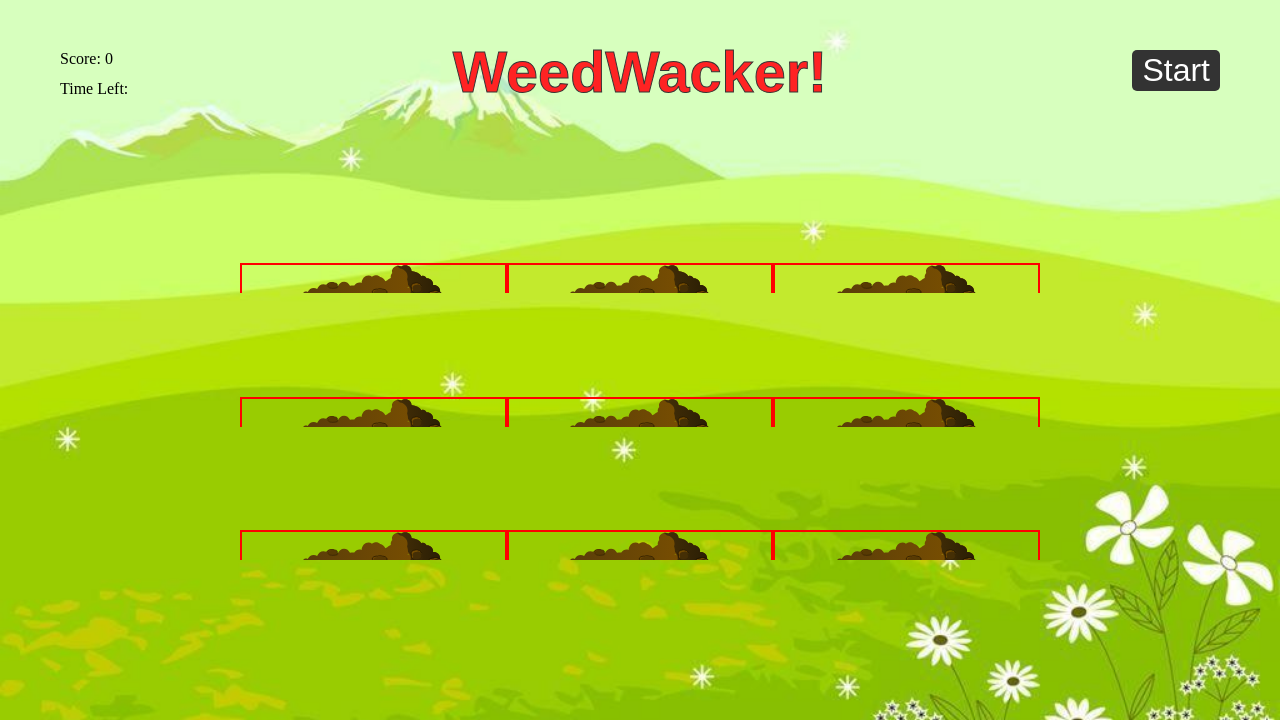
Repository: AustinW24/weedwacker
Page: index.html
These files come from the project's save history. The page is drawn as it stood at one moment and after the next save; the edit follows.
The browser window is 1280 px wide. The pictures show the whole page.
Some web fonts or font styles are not loaded; a fallback is used.

Above is the page before, as saved 2022-02-11 09:53:51.

### index.html
<!DOCTYPE html>
<html lang="en">
<head>
    <meta charset="UTF-8">
    <meta name="viewport" content="width=device-width, initial-scale=1.0">
    <meta http-equiv="X-UA-Compatible" content="ie=edge">
    <title>WeedWacker</title>
    <link href="http://fonts.cdnfonts.com/css/common-pixel" rel="stylesheet">
    <link rel="stylesheet" href="style.css">
</head>

<body>
    <div class="container">
        <div class="score">Score: 0</div>
        <div class="timer">Time Left: </div>
        <div class="heading">
            <h1 class="title">WeedWacker!</h1>
        </div>
        <div class="start">
            <button onClick="startGame()">Start</button>
        </div>
        <div class="game">
            <div class="hole hole1">
                <div class="plant"></div>
            </div>
            <div class="hole hole2">
                <div class="plant"></div>
            </div>
            <div class="hole hole3">
                <div class="plant"></div>
            </div>
            <div class="hole hole4">
                <div class="plant"></div>
            </div>
            <div class="hole hole5">
                <div class="plant"></div>
            </div>
            <div class="hole hole6">
                <div class="plant"></div>
            </div>
            <div class="hole hole7">
                <div class="plant"></div>
            </div>
            <div class="hole hole8">
                <div class="plant"></div>
            </div>
            <div class="hole hole9">
                <div class="plant"></div>
            </div>
        </div>
    </div>
            <script src="main.js"></script>
</body>
</html>

### style.css
html{
    box-sizing: border-box;
    margin: 0 auto;
}

*, *:before, *:after {
    box-sizing: inherit;
}

body {
    margin: 0;
    padding: 0;

}

.container {
    height: 100vh;
    width: 100vw;
    background: url("/assets/wwbackground.jpg") no-repeat center;
    background-size: 100%;
    display: flex;
    align-items: center;
    justify-content: center;
    position: relative;
    overflow: hidden;
}

.game {
    display: flex;
    flex-wrap: wrap;
    width: 800px;
    height: 400px;
    margin: 0 auto;
}

.hole {
    flex: 1 0 33.33%;
    overflow: hidden;
    position: relative;
    margin-top: 10px;

}
.hole::after {
    display: block;
    background: url("/assets/dirt.svg") bottom center no-repeat;
    background-size: contain;
    content: '';
    position: absolute;
    width: 100%;
    height: 60px;
    z-index: 2;
    bottom: -30px;
    border: 2px solid red;
}

.plant {
    background-size: 50%;
    top: 100%;
    width: 100%;
    height: 100%;
    display: none;
}
.hole.up .plant {
    top: 0;
    display: block;
    animation: Slide_Up 0.5s ease
}

button {
    font-size: 2rem;
    cursor: pointer;
    border: none;
    background: #333;
    color: #fff;
    border-radius: 5px;
    padding: 2px 10px 2px 10px;
    transition: all 0.5s ease;
}

.heading {
    display: flex;
    position: absolute;
    top: 0;
    margin-top: 0%;
    font-family: 'Common Pixel', sans-serif;
    color: rgb(255, 35, 35);
    font-size: 2vw;
    font-size: 4vh;
    -webkit-text-stroke-width: 1px;
    -webkit-text-stroke-color: rgb(53, 53, 53);
}

.score {
    left: 0;
    position: absolute;
    top: 0;
    margin-top: 50px;
    margin-left: 60px;
}

.start {
    right: 0;
    position: absolute;
    top: 0;
    margin-top: 50px;
    margin-right: 60px;
}

.timer {
    left: 0;
    position: absolute;
    top: 0;
    margin-top: 80px;
    margin-left: 60px;
}

@keyframes Slide_Up {
    0% {
        transform: translateY(100px)
    }
    100% {
        transform: translateY(0)
    }

### main.js
const holes = document.querySelectorAll('.hole');
const scoreBoard = document.querySelector('.score');
const plants = document.querySelectorAll('.plant');
const start = document.querySelector('.start');
const timer = document.querySelector('.timer');
let lastHole;
let timeUp = false;
let score = 0;
let currentTime = 10;

Loaded but not shown: assets/dirt.svg (40 lines, source omitted)

After the next save:
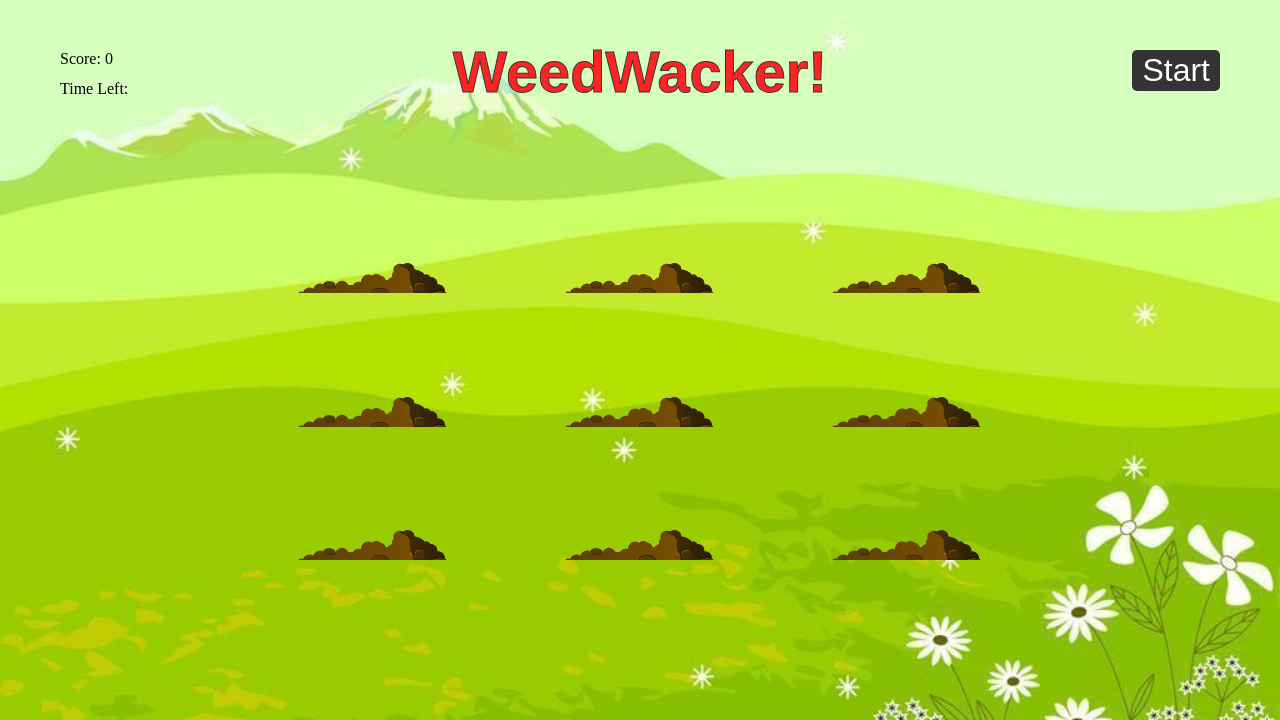
Saved 17 s later.
--- a/style.css
+++ b/style.css
@@ -50,7 +50,7 @@ body {
     height: 60px;
     z-index: 2;
     bottom: -30px;
-    border: 2px solid red;
+
 }
 
 .plant {
